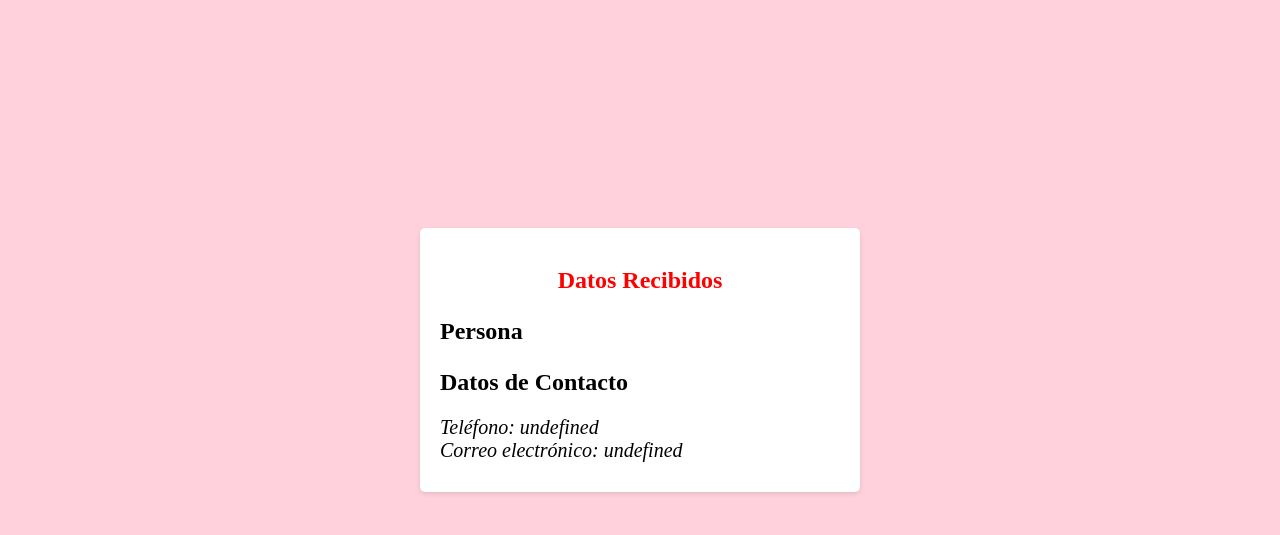
Repository: UVMCoyoacan/InnovaWeb
Page: recibedatosCV.html
An editor plug-in stored every save of this project. The page is shown before and after the next save, followed by the edit.
The browser window is 1280 px wide. The pictures show the whole page.

Above is the page before, as saved 2024-03-01 12:00:55.

After the next save:
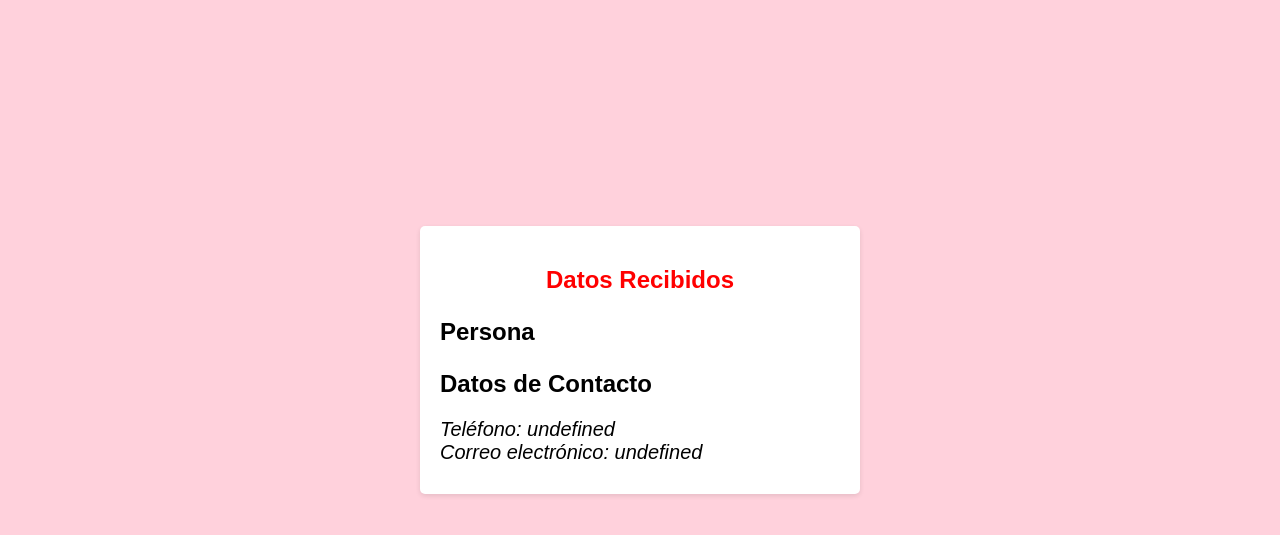
Saved 56 s later.
--- a/recibedatosCV.html
+++ b/recibedatosCV.html
@@ -4,7 +4,7 @@
     <title>Recibe Datos</title>
     <style>
         body {
-            font-family: Arial, Helvetica, ;
+            font-family: Arial, Helvetica ;
             background-color: #ffd1dc;
             margin: 0;
             padding: 0;
